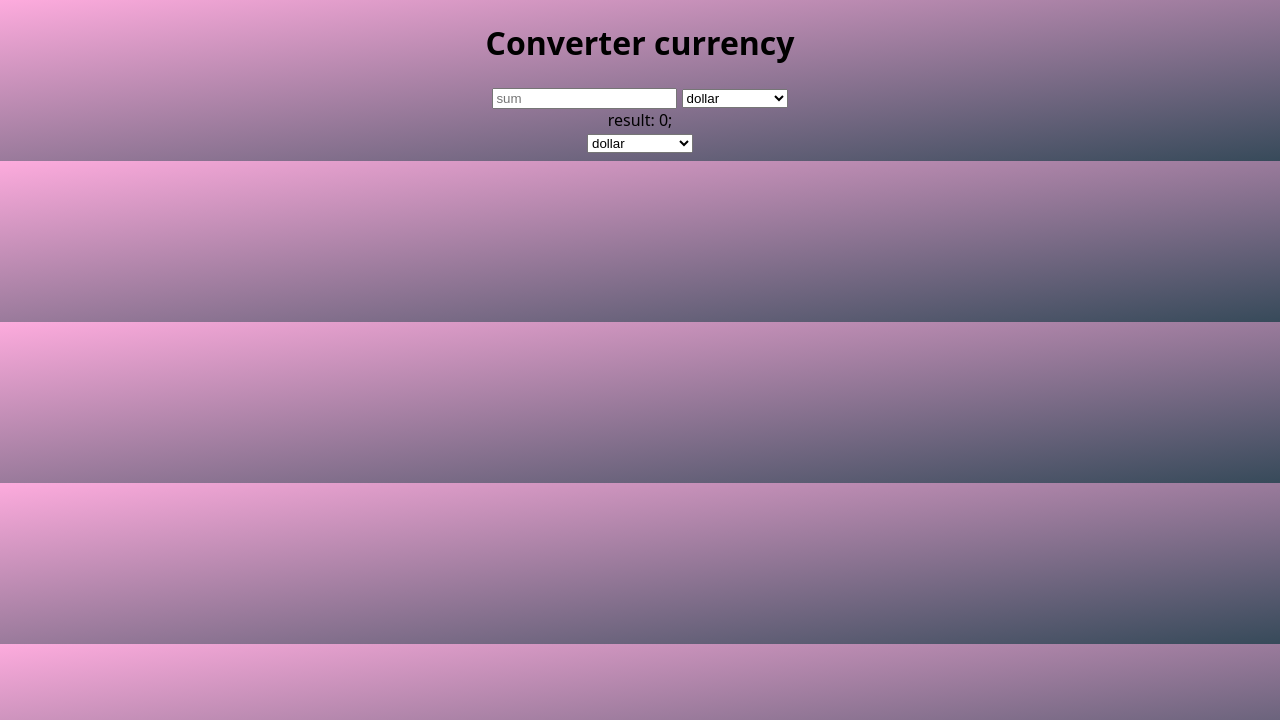
Repository: qtqqrdy13/converter_currerncy
Page: index.html
An editor plug-in stored every save of this project. The page is shown before and after the next save, followed by the edit.
The browser window is 1280 px wide. The pictures show the whole page.

Above is the page before, as saved 2023-10-30 14:24:23.

After the next save:
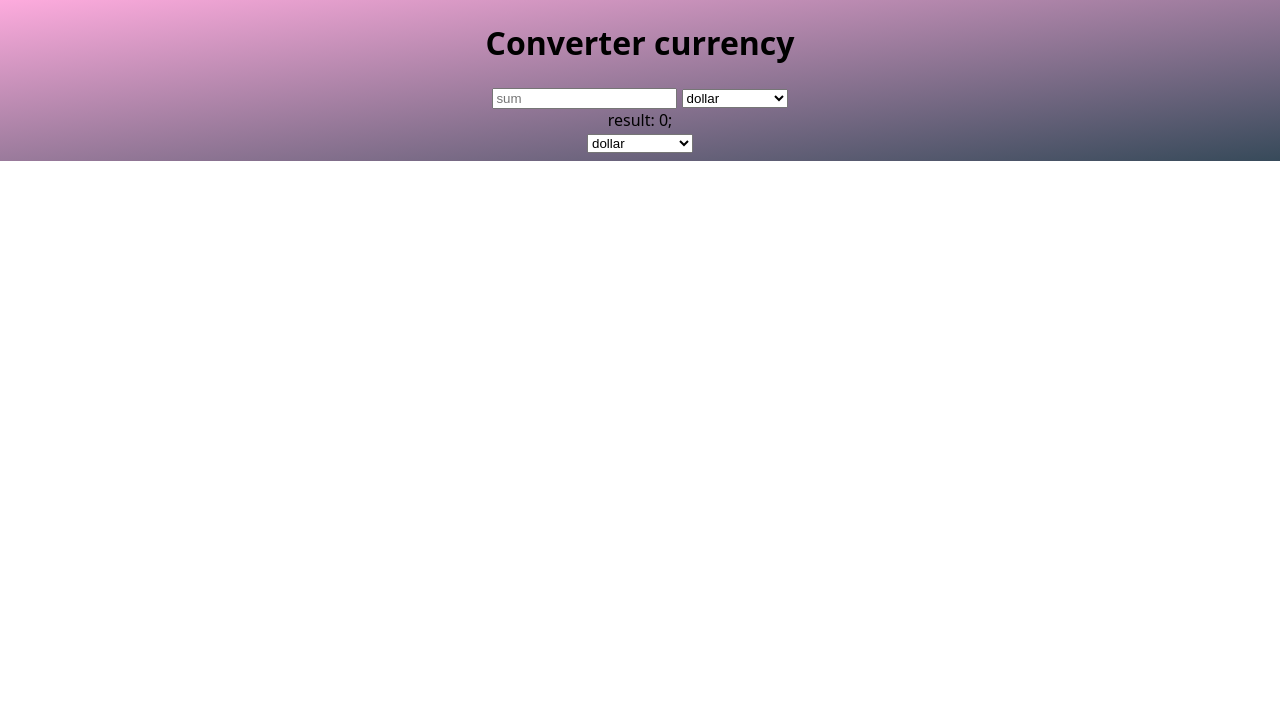
Saved 51 s later.
--- a/style.css
+++ b/style.css
@@ -2,6 +2,6 @@ body{
     font-family: system-ui, -apple-system, BlinkMacSystemFont, 'Segoe UI', Roboto, Oxygen, Ubuntu, Cantarell, 'Open Sans', 'Helvetica Neue', sans-serif;
     text-align: center;
     background-image: linear-gradient(to bottom right, #FDABDD, #374A5A);
-    background-size: cover;
+    background-repeat: no-repeat;
 
 }
